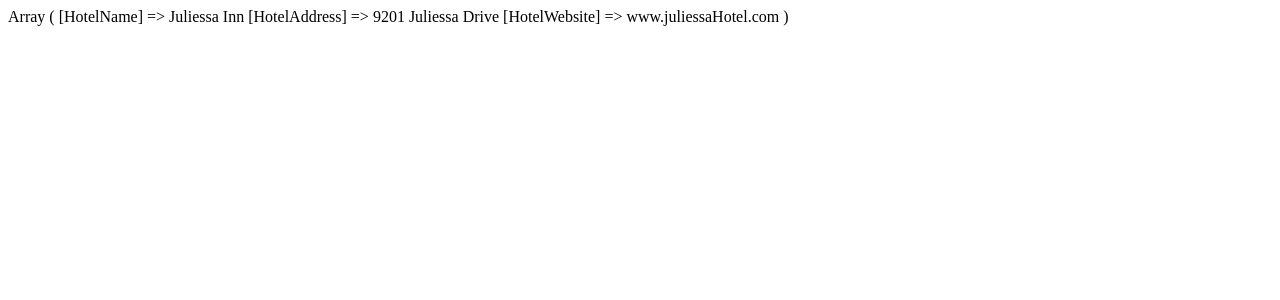
Repository: JulsR/Coding
Page: http://localhost/getData.php
An editor plug-in stored every save of this project. The page is shown before and after the next save, followed by the edit.
The browser window is 1280 px wide. The pictures show the whole page.
The page is run by PHP 8.4 with error messages shown; the project is at /var/www/html/.

Above is the page before, as saved 2015-03-07 19:08:38.

### classProject/getData.php
<?php
require_once 'hotel.php'; //allows you to use the demo.php file.

// $hotelObj  = new Hotel();

// $hotelObj->getHotelName();
// print_r($hotelObj);

$ht=HotelFactory::create();

print_r($ht->getHotelName());


// print_r($hotelObj[0]);
// print_r($hotelObj['HotelName']);
// var_dump($hotel);

// $hAdd ->getHotelAddress();
// echo $hAdd;

// $hWeb ->getHotelWebsite();
// echo $hWeb;


?>

### classProject/hotel.php
<?php

/*
 * The Assignment - create a class that, when instantiated, pulls all data from an imaginary table named oti_hotel
 * and stores it in a private array inside the class.
 *
 * oti_hotels fields:
 * hotel_name
 * hotel_address
 * hotel_web_site
 *
 */
class Hotel {

	private $oti_hotel = array ();

	public function __construct() {
		$this->oti_hotel = $oti_hotel = array (
				"HotelName" => "Juliessa Inn",
				"HotelAddress" => "9201 Juliessa Drive",
				"HotelWebsite" => "www.juliessaHotel.com"
		);
	}

	public function getHotelName() {
		return $this->oti_hotel;
	}
}


class HotelFactory {
	public static function create() {
		return new Hotel ();
	}
}
?>

After the next save:
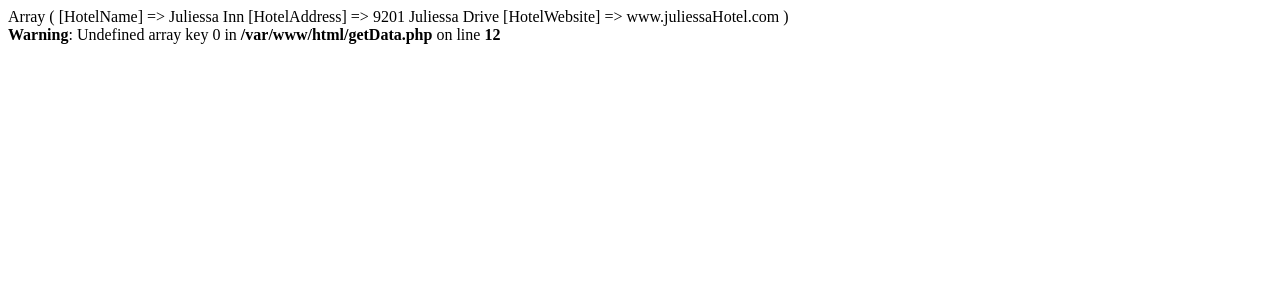
Saved 2 min 13 s later.
--- a/classProject/getData.php
+++ b/classProject/getData.php
@@ -9,7 +9,7 @@ require_once 'hotel.php'; //allows you to use the demo.php file.
 $ht=HotelFactory::create();
 
 print_r($ht->getHotelName());
-
+print_r($ht->getHotelName()[0]);
 
 // print_r($hotelObj[0]);
 // print_r($hotelObj['HotelName']);
